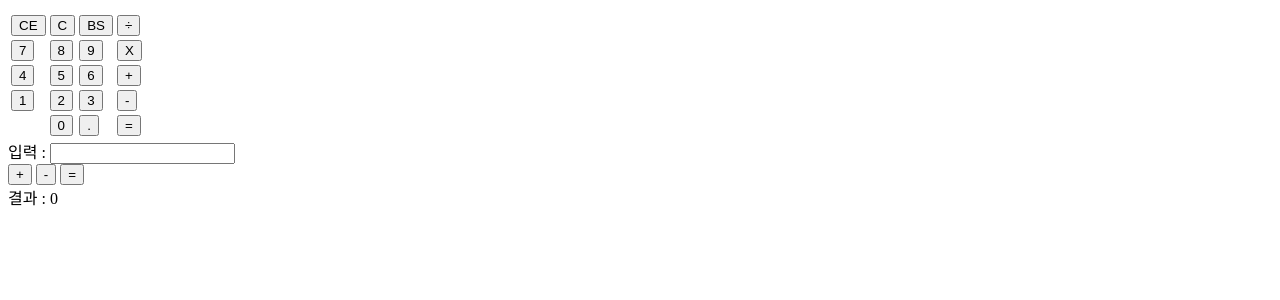
Repository: SongYG77/JSP-Servlet-practice
Page: JSPPrj/WebContent/calc2.html
These files come from the project's save history. The page is drawn as it stood at one moment and after the next save; the edit follows.
The browser window is 1280 px wide. The pictures show the whole page.

Above is the page before, as saved 2021-01-20 03:23:09.

### JSPPrj/WebContent/calc2.html
<!DOCTYPE html>
<html>
<head>
<meta charset="UTF-8">
<title>Insert title here</title>
</head>
<body>
	<form action = "calc2" method = "post">
	<table>
		<tr>
			<td colspan="4"></td>
		</tr>
		<tr>
			<td><input type="submit" name = "button" value = "CE"></td>
			<td><input type="submit" name = "button" value = "C"></td>
			<td><input type="submit" name = "button" value = "BS"></td>
			<td><input type="submit" name = "button" value = "÷"></td>
		</tr>
		<tr>
			<td><input type="submit" name = "button" value = "7"></td>
			<td><input type="submit" name = "button" value = "8"></td>
			<td><input type="submit" name = "button" value = "9"></td>
			<td><input type="submit" name = "button" value = "X"></td>
		</tr>
		<tr>
			<td><input type="submit" name = "button" value = "4"></td>
			<td><input type="submit" name = "button" value = "5"></td>
			<td><input type="submit" name = "button" value = "6"></td>
			<td><input type="submit" name = "button" value = "+"></td>
		</tr>
		<tr>
			<td><input type="submit" name = "button" value = "1"></td>
			<td><input type="submit" name = "button" value = "2"></td>
			<td><input type="submit" name = "button" value = "3"></td>
			<td><input type="submit" name = "button" value = "-"></td>
		</tr>
		<tr>
			<td></td>
			<td><input type="submit" name = "button" value = "0"></td>
			<td><input type="submit" name = "button" value = "."></td>
			<td><input type="submit" name = "button" value = "="></td>
		</tr>

	</table>
		<div>
			<label>입력 : </label>
			<input type = "text" name = "v">
		</div>
		<div>
			<input type="submit" name = "button" value = "+">
			<input type="submit" name = "button" value = "-">
			<input type="submit" name = "button" value = "=">
		</div>
		<div>
			결과 : 0
		</div>
	</form>
</body>
</html>

After the next save:
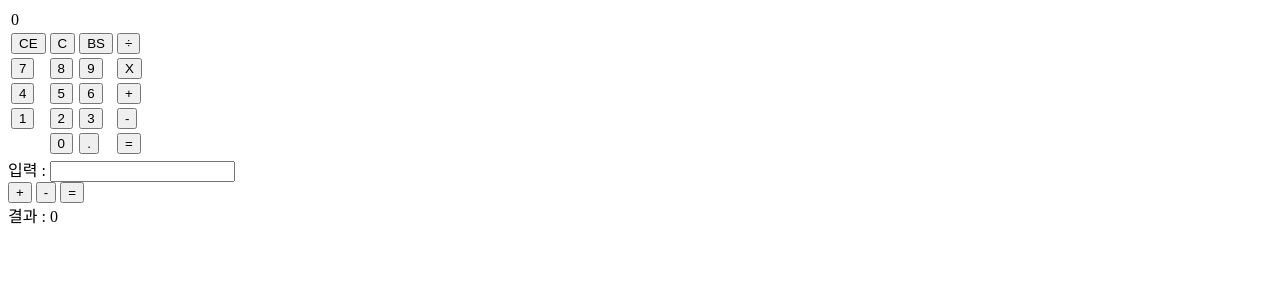
Saved 31 s later.
--- a/JSPPrj/WebContent/calc2.html
+++ b/JSPPrj/WebContent/calc2.html
@@ -8,7 +8,7 @@
 	<form action = "calc2" method = "post">
 	<table>
 		<tr>
-			<td colspan="4"></td>
+			<td colspan="4">0</td>
 		</tr>
 		<tr>
 			<td><input type="submit" name = "button" value = "CE"></td>
